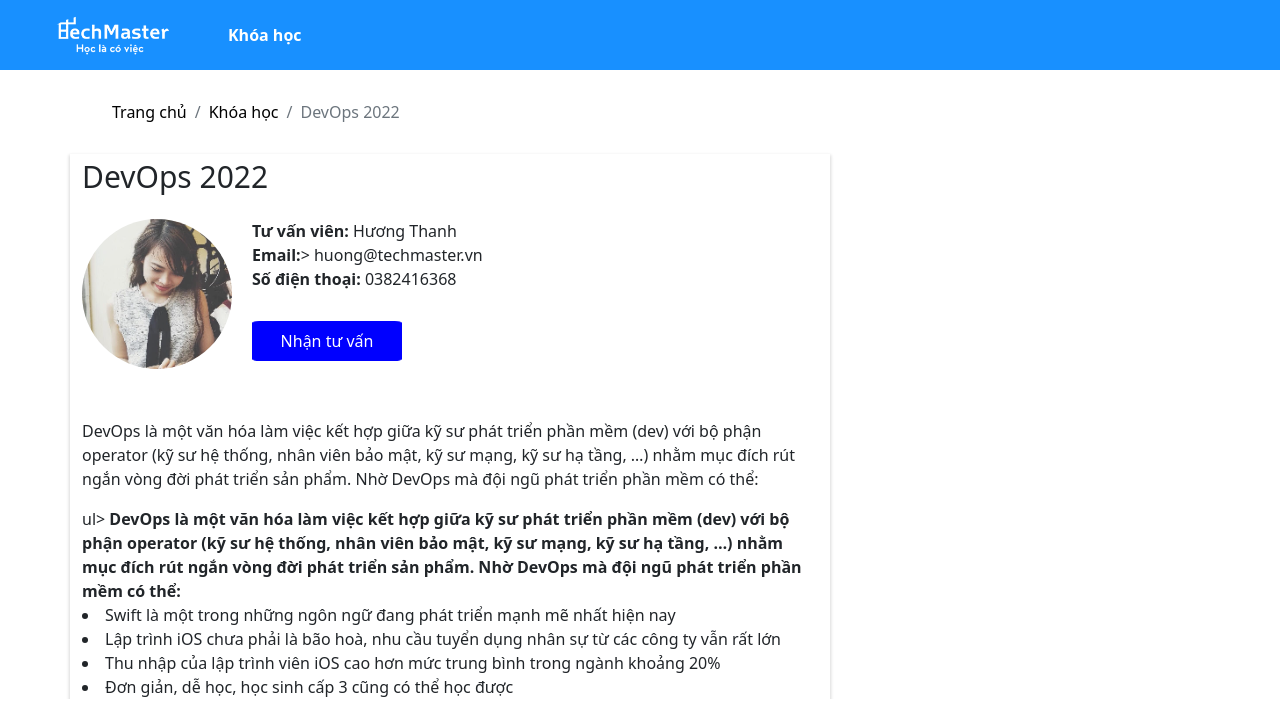
Repository: khanhnahk306/khanhnahk.github.io
Page: Clone_Techmaster/html/devops.html
The author's editor kept a copy of each file at every save. The page is drawn from the files as they stood at one save, then again after a run of saves.
The browser window is 1280 px wide. The pictures show the whole page.

Above is the page before, as saved 2022-06-10 13:40:03.

After the next 2 saves:
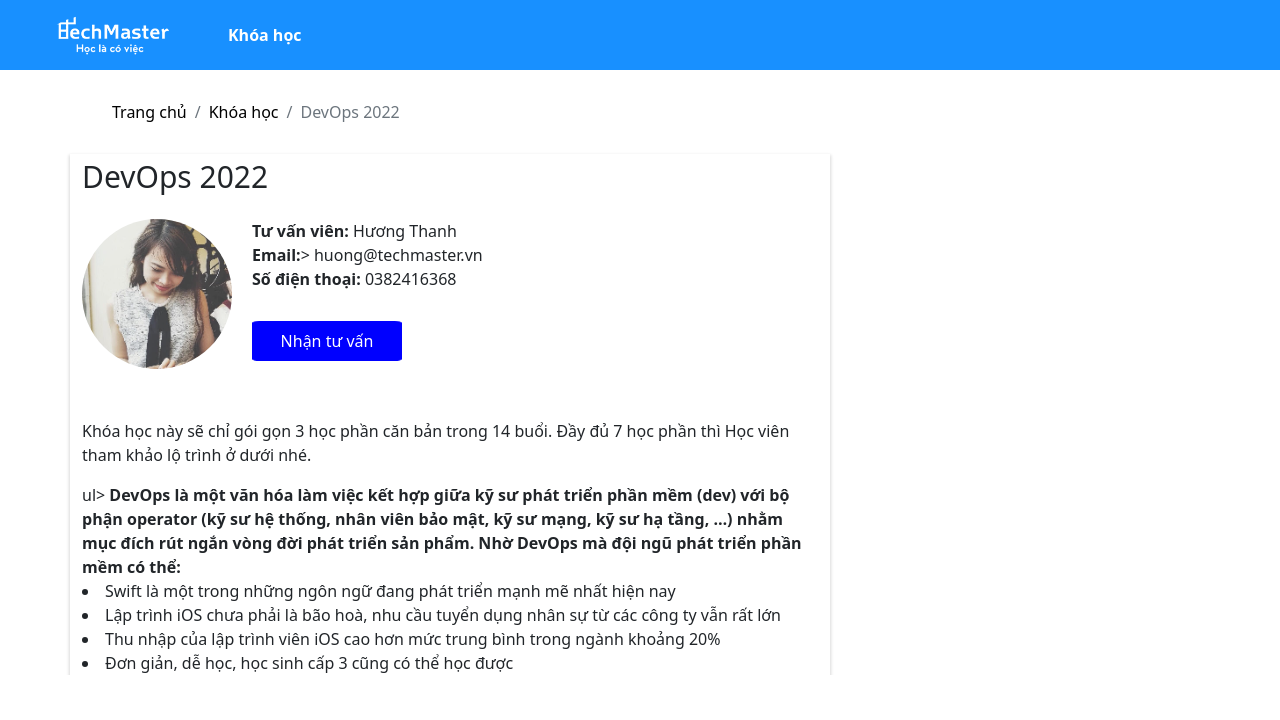
The 2 saves are shown as one change because they came seconds apart.
The last was saved 13 s later.
--- a/Clone_Techmaster/html/devops.html
+++ b/Clone_Techmaster/html/devops.html
@@ -73,19 +73,20 @@
                 </div>
                 <div class="content">
                     <p>
-                        DevOps là một văn hóa làm việc kết hợp giữa kỹ sư phát triển phần mềm (dev) với bộ phận operator
-                        (kỹ sư hệ thống, nhân viên bảo mật, kỹ sư mạng, kỹ sư hạ tầng, …) nhằm mục đích rút ngắn vòng
-                        đời phát triển sản phẩm. Nhờ DevOps mà đội ngũ phát triển phần mềm có thể:
+                        Khóa học này sẽ chỉ gói gọn 3 học phần căn bản trong 14 buổi. Đầy đủ 7 học phần thì Học viên
+                        tham khảo lộ trình ở dưới nhé.
+
+
                     </p>
                     ul>
-                        <b> DevOps là một văn hóa làm việc kết hợp giữa kỹ sư phát triển phần mềm (dev) với bộ phận operator
-                            (kỹ sư hệ thống, nhân viên bảo mật, kỹ sư mạng, kỹ sư hạ tầng, …) nhằm mục đích rút ngắn vòng
-                            đời phát triển sản phẩm. Nhờ DevOps mà đội ngũ phát triển phần mềm có thể:</b>
-                        <li>Swift là một trong những ngôn ngữ đang phát triển mạnh mẽ nhất hiện nay</li>
-                        <li>Lập trình iOS chưa phải là bão hoà, nhu cầu tuyển dụng nhân sự từ các công ty vẫn rất lớn
-                        </li>
-                        <li>Thu nhập của lập trình viên iOS cao hơn mức trung bình trong ngành khoảng 20%</li>
-                        <li>Đơn giản, dễ học, học sinh cấp 3 cũng có thể học được</li>
+                    <b> DevOps là một văn hóa làm việc kết hợp giữa kỹ sư phát triển phần mềm (dev) với bộ phận operator
+                        (kỹ sư hệ thống, nhân viên bảo mật, kỹ sư mạng, kỹ sư hạ tầng, …) nhằm mục đích rút ngắn vòng
+                        đời phát triển sản phẩm. Nhờ DevOps mà đội ngũ phát triển phần mềm có thể:</b>
+                    <li>Swift là một trong những ngôn ngữ đang phát triển mạnh mẽ nhất hiện nay</li>
+                    <li>Lập trình iOS chưa phải là bão hoà, nhu cầu tuyển dụng nhân sự từ các công ty vẫn rất lớn
+                    </li>
+                    <li>Thu nhập của lập trình viên iOS cao hơn mức trung bình trong ngành khoảng 20%</li>
+                    <li>Đơn giản, dễ học, học sinh cấp 3 cũng có thể học được</li>
                     </ul>
                 </div>
             </div>
